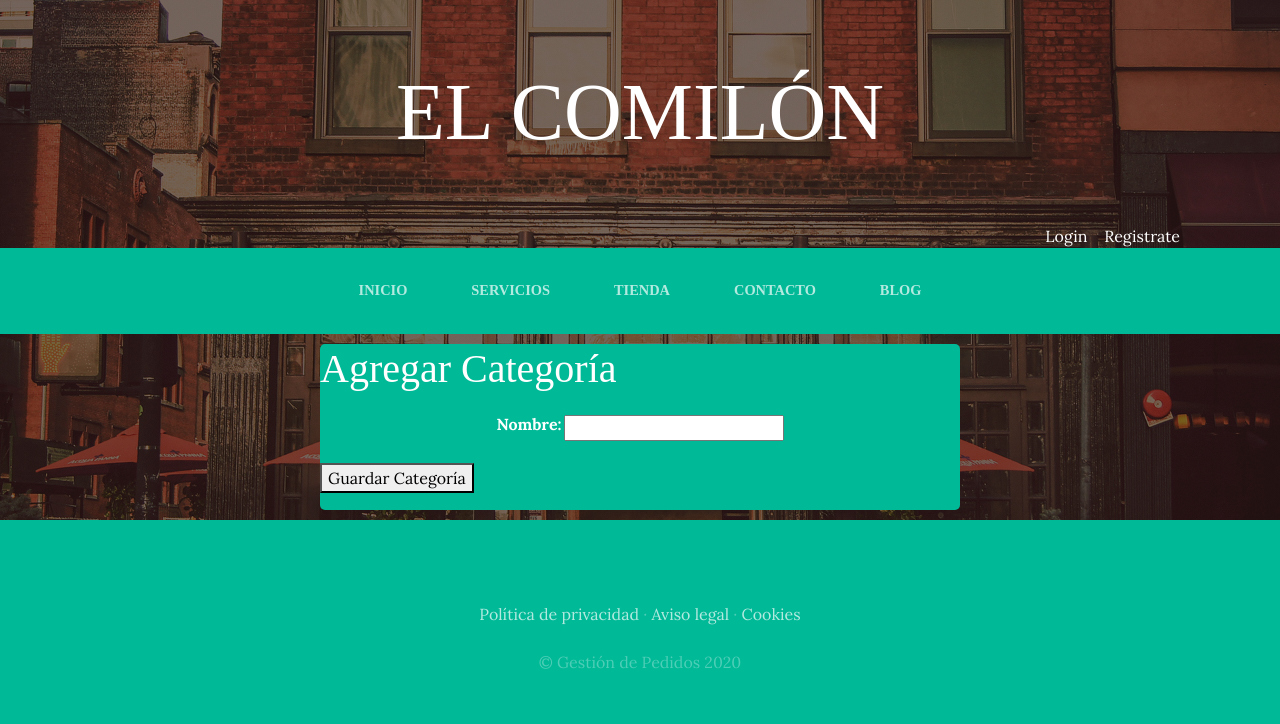
Repository: MatLarrea/Entrega_Elcomilon
Page: http://localhost/tienda/agregar_categoria/
An editor plug-in stored every save of this project. The page is shown before and after the next save, followed by the edit.
The browser window is 1280 px wide. The pictures show the whole page.
Backgrounds fixed to the window are drawn as part of the page. Some web fonts or font styles are not loaded; a fallback is used. The page is served by the project's application, run on Django 5.2 (manage.py). Other server files are loaded and not shown.

Above is the page before, as saved 2024-07-11 21:55:40.
Console error: TypeError: Cannot read properties of null (reading 'addEventListener')

### TiendaApp/templates/tienda/agregar_categoria.html
{% extends 'layouts/base.html'%}

{% load static %}


{% block content %}
<div class="formularioContacto">
    <h1 style="color: white;">Agregar Categoría</h1>
    <form method="post">
        {% csrf_token %}
        <table style="margin:20px auto; color: white;">
        {{ form.as_table }}
        </table>
        <button type="submit" style="align-items: center;">Guardar Categoría</button>
    </form>
</div>
{% endblock%}

### Carrito/context_processor.py
from django.contrib import messages

def importe_total_carro(request):

    total = 0

    if request.user.is_authenticated:
        for key, value in request.session["carrito"].items():
            total = total + float(value["precio"])
    else:
        total = "Error"
    return {"importe_total_carro":total}

### Tienda_OnlineApp/templates/layouts/base.html
<html>

<head>


    {% load static %}
    <!-- Bootstrap -->
    <link href="{% static 'Tienda_OnlineApp/vendor/bootstrap/css/bootstrap.min.css' %}" rel="stylesheet">

    <!-- Fonts -->

    <link href="https://fonts.googleapis.com/css2?family=Raleway:wght@300&display=swap" rel="stylesheet">
    <link href="https://fonts.googleapis.com/css?family=Lora:400,400i,700,700i" rel="stylesheet">


    <!-- Styles -->
    <link href="{% static 'Tienda_OnlineApp/css/gestion.css' %}" rel="stylesheet">
</head>

<body>

    <h1 class="site-heading text-center text-white d-none d-lg-block">

        <span class="site-heading-lower">El comilón</span>
    </h1>

    <div style="text-align: right; margin-right: 100px; color: white;">

        {% if user.is_authenticated %}
           Bienvenido {{user.username}} &nbsp;&nbsp; <a href="{% url 'cerrar_sesion'%}" style="color: white;"> Cerrar sesión</a>
        {% else %}
            <a href="{% url 'logear' %}" style="color: white;">Login</a> &nbsp;&nbsp; <a href="{% url 'registro'%}" style="color: white;">Registrate</a>
        {% endif %}
    </div>
    <!-- Navbar -->
    <nav class="navbar navbar-expand-lg navbar-dark py-lg-4" id="mainNav">
        <div class="container">
            <a class="navbar-brand text-uppercase text-expanded font-weight-bold d-lg-none" href="home.html">Gestión de Pedidos
            </a>
            <button class="navbar-toggler" type="button" data-toggle="collapse" data-target="#navbarResponsive"
                aria-controls="navbarResponsive" aria-expanded="false" aria-label="Toggle navigation">
                <span class="navbar-toggler-icon"></span>
            </button>
            <div class="collapse navbar-collapse" id="navbarResponsive">
                <ul class="navbar-nav mx-auto">
                    <li class="nav-item {% if request.path == '/' %}active{% endif %} px-lg-4">
                        <a class="nav-link text-uppercase text-expanded" href="{% url 'home' %}">Inicio</a>
                    </li>
                    <li class="nav-item {% if request.path == '/servicios/' %}active{% endif %} px-lg-4">
                        <a class="nav-link text-uppercase text-expanded" href="{% url 'servicios' %}">Servicios</a>
                    </li>
                    <li class="nav-item {% if request.path == '/tienda/' %}active{% endif %} px-lg-4">
                        <a class="nav-link text-uppercase text-expanded" href="{% url 'tienda' %}">Tienda</a>
                    </li>
                    <li class="nav-item {% if request.path == '/contacto/' %}active{% endif %} px-lg-4">
                        <a class="nav-link text-uppercase text-expanded" href="{% url 'contacto' %}">Contacto</a>
                    </li>
                    <li class="nav-item {% if request.path|slice:':6' == '/blog/' %}active{% endif %} px-lg-4">
                        <a class="nav-link text-uppercase text-expanded" href="{% url 'blog' %}">Blog</a>
                    </li>
                    {% if user.is_superuser %}
                        <li class="nav-item {% if request.path == '/agregar_categoria/' %}active{% endif %} px-lg-4">
                            <a class="nav-link text-uppercase text-expanded" href="{% url 'agregar_categoria' %}">Administración</a>
                        </li>
                    {% endif %}
                </ul>
            </div>
        </div>
    </nav>

    <!-- Contenido de las paginas-->
    {% block content%}

    {% endblock %}

    <!-- Footer -->
    <footer class="footer text-faded text-center py-5">
        <div class="container">
            <p class="m-0">
                <a href="#" class="link">
                    <span class="fa-stack fa-lg">
                        <i class="fa fa-circle fa-stack-2x"></i>
                        <i class="fa fa-twitter fa-stack-1x fa-inverse"></i>
                    </span>
                </a>
                <a href="#" class="link">
                    <span class="fa-stack fa-lg">
                        <i class="fa fa-circle fa-stack-2x"></i>
                        <i class="fa fa-facebook fa-stack-1x fa-inverse"></i>
                    </span>
                </a>
                <a href="#" class="link">
                    <span class="fa-stack fa-lg">
                        <i class="fa fa-circle fa-stack-2x"></i>
                        <i class="fa fa-instagram fa-stack-1x fa-inverse"></i>
                    </span>
                </a>
            </p>
            <p class="m-0 mbt">
                <a href="sample.html" class="link">Política de privacidad</a> ·
                <a href="sample.html" class="link">Aviso legal</a> ·
                <a href="sample.html" class="link">Cookies</a>
            </p>
            <p class="m-0 mbt1">&copy; Gestión de Pedidos 2020</p>
        </div>
    </footer>

    <!-- Bootstrap -->
    <script src="{% static 'Tienda_OnlineApp/vendor/jquery/jquery.min.js' %}"></script>
    <script src="{% static 'Tienda_OnlineApp/vendor/bootstrap/js/bootstrap.bundle.min.js' %}"></script>
    <script src="{% static 'Tienda_OnlineApp/js/gestion.js' %}"></script>
</body>

</html>

### TiendaApp/forms.py
from django import forms
from .models import Categoria_producto

class CategoriaProductoForm(forms.ModelForm):
    class Meta:
        model = Categoria_producto
        fields = ['nombre']

### TiendaApp/models.py
from django.db import models

# Create your models here.
class Categoria_producto(models.Model):
    nombre = models.CharField(max_length=50)
    created = models.DateTimeField(auto_now_add=True)
    updated = models.DateTimeField(auto_now_add=True)

    class Meta:
        verbose_name = "categoria_producto"
        verbose_name_plural = "categorias_producto"

    def __str__(self):
        return self.nombre

class Producto(models.Model):
    nombre = models.CharField(max_length=50)
    precio = models.FloatField()
    categorias =  models.ForeignKey(Categoria_producto, on_delete=models.CASCADE)
    imagen = models.ImageField(upload_to="tienda", null=True, blank=True)
    disponibilidad = models.BooleanField(default=True)
    created = models.DateTimeField(auto_now_add=True)
    updated = models.DateTimeField(auto_now_add=True)

    class Meta:
        verbose_name = "producto"
        verbose_name_plural = "productos"

    def __str__(self):
        return self.nombre

### TiendaApp/views.py
from django.shortcuts import render, redirect
from .models import Producto
from .forms import CategoriaProductoForm

# Create your views here.
def tienda(request):
    productos = Producto.objects.all()
    return render(request, "tienda/tienda.html", {"productos":productos})

def agregar_categoria(request):
    if request.method == 'POST':
        form = CategoriaProductoForm(request.POST)
        if form.is_valid():
            form.save()
            return redirect('nombre_de_tu_vista_o_url')
    else:
        form = CategoriaProductoForm()
    return render(request, 'tienda/agregar_categoria.html', {'form': form})

### Tienda_Online/urls.py
"""
URL configuration for Tienda_Online project.

The `urlpatterns` list routes URLs to views. For more information please see:
    https://docs.djangoproject.com/en/5.0/topics/http/urls/
Examples:
Function views
    1. Add an import:  from my_app import views
    2. Add a URL to urlpatterns:  path('', views.home, name='home')
Class-based views
    1. Add an import:  from other_app.views import Home
    2. Add a URL to urlpatterns:  path('', Home.as_view(), name='home')
Including another URLconf
    1. Import the include() function: from django.urls import include, path
    2. Add a URL to urlpatterns:  path('blog/', include('blog.urls'))
"""
from django.contrib import admin
from django.urls import path, include
from django.conf import settings
from django.conf.urls.static import static

urlpatterns = [
    path('admin/', admin.site.urls),
    path('', include("Tienda_OnlineApp.urls")),
    path('servicios/', include("ServiciosApp.urls")),
    path('blog/', include("BlogApp.urls")),
    path('contacto/', include("ContactoApp.urls")),
    path('tienda/', include("TiendaApp.urls")),
    path('carrito/', include("Carrito.urls")),
    path('auth/', include("AutentificacionApp.urls")),
]

urlpatterns += static(settings.MEDIA_URL, document_root = settings.MEDIA_ROOT)

### ServiciosApp/urls.py
from django.urls import path
from . import views

urlpatterns = [
    path('', views.servicios, name="servicios"),
]

### BlogApp/urls.py
from django.urls import path
from . import views

urlpatterns = [
    path('', views.blog, name="blog"),
    path('categoria/<categoria_id>/', views.categoria, name="categoria"),
]

### ContactoApp/urls.py
from django.urls import path
from . import views

urlpatterns = [
    path('', views.contacto, name="contacto"),
]

### TiendaApp/urls.py
from django.urls import path
from . import views
from .views import agregar_categoria


urlpatterns = [
    path('', views.tienda, name="tienda"),
    path('agregar_categoria/', agregar_categoria, name='agregar_categoria'),
]

### Carrito/urls.py
from django.urls import path
from . import views

app_name = "ctienda"

urlpatterns = [

    path("agregar/<int:producto_id>/", views.agregar_producto, name="agregar"),
    path("eliminar/<int:producto_id>/", views.eliminar_producto, name="eliminar"),
    path("restar/<int:producto_id>/", views.restar_producto, name="restar"),
    path("limpiar/", views.limpiar_carrito, name="limpiar"),
]

### AutentificacionApp/urls.py
from django.urls import path
from .views import VRegistro, cerrar_sesion, logear



urlpatterns = [
    path('', VRegistro.as_view() , name="registro"),
    path('cerrar_sesion', cerrar_sesion, name="cerrar_sesion"),
    path('login', logear, name="logear"),
]

### Tienda_OnlineApp/static/Tienda_OnlineApp/css/gestion.css
body {
  font-family: 'Lora';
  background: linear-gradient(rgba(47, 23, 15, 0.65), rgba(47, 23, 15, 0.65)), url("../img/bg_mainn.jpg");
  background-attachment: fixed;
  background-position: center;
  background-size: cover;
}

h1,
h2,
h3,
h4,
h5,
h6 {
  font-family: 'Raleway';
}

p {
  line-height: 1.75;
}

.text-faded {
  color: rgba(255, 255, 255, 0.3);
}

.site-heading {
  margin-top: 5rem;
  margin-bottom: 5rem;
  text-transform: uppercase;
  line-height: 1;
  font-family: 'Raleway';
}

.site-heading .site-heading-upper {
  display: block;
  font-size: 2rem;
  font-weight: 800;
}

.site-heading .site-heading-lower {
  font-size: 5rem;
  font-weight: 100;
  line-height: 4rem;
}

.page-section {
  margin-top: 5rem;
  margin-bottom: 5rem;
}

.section-heading {
  text-transform: uppercase;
}

.section-heading .section-heading-upper {
  display: block;
  font-size: 1rem;
  font-weight: 800;
  padding-bottom: .5rem;

}

.section-heading .section-heading-lower {
  display: block;
  font-size: 3rem;
  font-weight: 100;
}


.section-heading .section-heading-under {
  display: block;
  font-size: 1rem;
  text-transform: none;
  font-weight: 300;
  margin-top: .5rem;
}

.bg-faded {
  background-color: rgba(255, 255, 255, 0.85);
}

#mainNav {
  background-color: rgb(0, 185, 151);
  font-family: 'Raleway';
}

#mainNav .navbar-brand {
  color: #ffffff;
}

#mainNav .navbar-nav .nav-item .nav-link {
  color: rgba(255, 255, 255, 0.7);
  font-weight: 800;
}

#mainNav .navbar-nav .nav-item.active .nav-link {
  color: #ffffff;
  text-decoration: underline;
}

@media (min-width: 992px) {
  #mainNav .navbar-nav .nav-item .nav-link {
    font-size: 0.9rem;
  }

  #mainNav .navbar-nav .nav-item .nav-link:hover {
    color: rgba(255, 255, 255, 0.4);
    text-decoration: underline;
  }

  #mainNav .navbar-nav .nav-item.active .nav-link:hover {
    color: #ffffff;
    text-decoration: underline;
  }
}

.btn-xl {
  font-weight: 700;
  font-size: 0.8rem;
  padding-top: 1.5rem;
  padding-bottom: 1.5rem;
  padding-left: 2rem;
  padding-right: 2rem;
}

.intro {
  position: relative;
}

@media (min-width: 992px) {
  .intro .intro-img {
    width: 75%;
    float: left;
  }

  .intro .intro-text {
    left: 600;
    width: 60%;
    margin-top: 3rem;
    background-color: rgb(0, 185, 151);
    color: cornsilk;
    position: absolute;
  }

  .intro .intro-text .intro-button {
    width: 100%;
    left: 0;
    position: absolute;
    bottom: -2rem;
  }
}

@media (min-width: 1200px) {
  .intro .intro-text {
    width: 45%;
  }
}

.cta {
  padding-top: 5rem;
  padding-bottom: 5rem;
  background-color: rgb(242, 245, 240);
}

.cta .cta-inner {
  position: relative;
  padding: 3rem;
  margin: 0.5rem;
  background-color: rgb(0, 185, 151);
  color: cornsilk;
}

.cta .cta-inner:before {
  border-radius: 0.5rem;
  content: '';
  position: absolute;
  top: -0.5rem;
  bottom: -0.5rem;
  left: -0.5rem;
  right: -0.5rem;
  border: 0.25rem solid rgba(255, 255, 255, 0.85);
}

.cta .cta-innerv {
  position: relative;
  padding: 3rem;
  margin: 0.5rem;
  background-color: rgba(255, 255, 255, 0.85);
}

@media (min-width: 992px) {
  .about-heading .about-heading-img {
    position: relative;
    z-index: 0;
  }

  .about-heading .about-heading-content {
    margin-top: -5rem;
    position: relative;
    z-index: 1;
  }
}

@media (min-width: 992px) {
  .product-item .product-item-title {
    position: relative;
    z-index: 1;
    margin-bottom: -3rem;
  }

  .product-item .product-item-img {
    position: relative;
    z-index: 0;
    max-width: 60vw;
  }

  .product-item .product-item-description {
    position: relative;
    z-index: 1;
    margin-top: -3rem;
    max-width: 50vw;
  }
}



@media (min-width: 992px) {
  .list-hours {
    width: 50%;
    font-size: 1.1rem;
  }
}

.address strong {
  font-size: 1.2rem;
}

.footer {
  background-color: rgb(0, 185, 151);
}



.btn {
  box-shadow: 0px 3px 3px 0px rgba(33, 37, 41, 0.1);
}



.font-weight-light {
  font-weight: 100 !important;
}

.mbtm {
  padding-top: 5rem;
}

.mbt {
  padding-top: 2rem;
}

.mbt1 {
  padding-top: 1.25rem;
}

a.link {
  color: rgba(255, 255, 255, 0.7);
}

a.link:hover {
  text-decoration: none;
  color: rgba(255, 255, 255, 0.4);
}

.section-content {
  font-family: 'Lora' !important;
  font-size: 16px !important;
  font-weight: 400 !important;
  line-height: 28px !important;
}

ul.errorlist {
  padding-top: .75rem;
  font-style: italic;
  color: red;
}

.linksCategorias{
  color: white !important;
  text-decoration: underline;
}

.linksCategorias:hover{
  text-decoration: none;
}

.formularioContacto{
  background-color:  rgb(0, 185, 151);
  margin: auto;
  width: 50%;
  margin: 10px auto;
  border-radius: 5px;
  padding: 1px 0px;
}

/*Mapa api*/

#encuentranos p{
  text-align: center;
}

#map{
  border-radius: 5rem;
  border-style: ridge;
  border-width: 1rem;
  border-color:  rgb(0, 185, 151);
  height: 30rem;
  width: 80%;
  margin: auto;
}

.texto-mapa{
  color: black;
  font-size: 2rem;
}

.mapa{
  background-color: #fff;
  padding-bottom: 5rem;
}

.clima button{

  text-decoration: none;
  color: #fff;
  border-color: black;
  max-width: 20rem;
  height: 2rem;
}

#resultado{
  background-color:   rgb(0, 185, 151);
  color: black;
  max-width: 15rem;
}

#inicio{
  margin: 1% 1%;
}

### Tienda_OnlineApp/static/Tienda_OnlineApp/js/gestion.js
//Creacion de ubicacion localizacion local google map api
let map;
async function initMap() {
  let coord  = {lat:-33.012516 ,lng:-71.549197 };
  const { Map } = await google.maps.importLibrary("maps");
  map = new Map(document.getElementById("map"), {
    center: coord,
    zoom: 16,
  });
  var marker = new google.maps.Marker({
    position: coord,
    map: map
});
}
initMap();


//Obtencion datos API openweathermap
let key = 'b2158dabed90c6c3a9797b6e96405750';
let ciudad = document.getElementById('city');
let boton = document.getElementById('btn');
let resultado = document.getElementById('resultado');
let get_weather = () => {
  let city_name = ciudad.value;
    let url = `https://api.openweathermap.org/data/2.5/weather?q=${city_name}&appid=${key}&units=metric`
    fetch(url).then((resp) => resp.json()).then(data => {
      console.log("la temperatura es " +(data.main.temp)+'°');
      console.log(data.weather[0].description);
      console.log(data);
      resultado.innerHTML = `<h2>${data.name} | ${data.main.temp+'°'}</h2>`
    });
}
boton.addEventListener('click',get_weather);

Loaded but not shown: Tienda_OnlineApp/urls.py (common file)

After the next save:
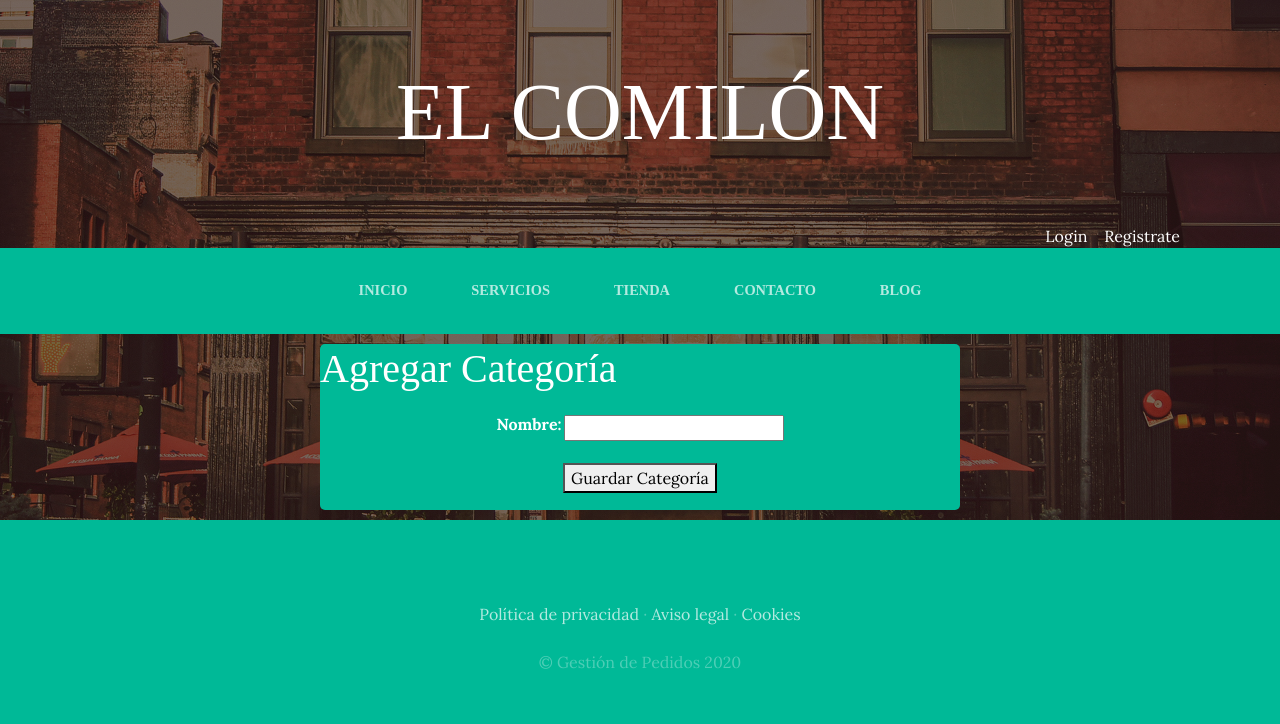
Saved 84 s later.
--- a/TiendaApp/templates/tienda/agregar_categoria.html
+++ b/TiendaApp/templates/tienda/agregar_categoria.html
@@ -11,7 +11,7 @@
         <table style="margin:20px auto; color: white;">
         {{ form.as_table }}
         </table>
-        <button type="submit" style="align-items: center;">Guardar Categoría</button>
+        <button type="submit" style="display: block; margin: 0 auto;">Guardar Categoría</button>
     </form>
 </div>
 {% endblock%}
